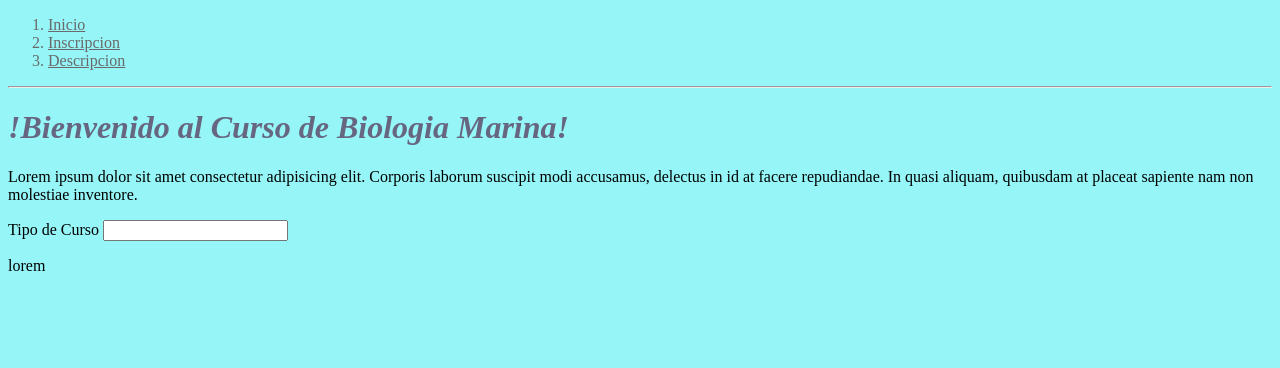
Repository: Arito05/Mi-primer-Repositorio
Page: nuevo/inicio.html
An editor plug-in stored every save of this project. The page is shown before and after a run of saves, followed by the edit.
The browser window is 1280 px wide. The pictures show the whole page.

Above is the page before, as saved 2024-07-20 11:41:17.

### nuevo/inicio.html
<!DOCTYPE html>
<html lang="en">
  <head>
    <meta charset="UTF-8" />
    <meta name="viewport" content="width=device-width, initial-scale=1.0" />
    <title>Arianna</title>
    <style>
      body {
        background-color: rgb(150, 245, 247);
      }
    </style>
  </head>
  <body>
    <ol style="color: dimgrey">
      <li><a href="inicio.html" style="color: dimgrey">Inicio</a></li>
      <li><a href="inscripcion.html" style="color: dimgrey">Inscripcion</a></li>
      <li>
        <a href="zdescripcion.html" style="color: dimgrey">Descripcion</a>
      </li>
    </ol>
    <hr style="color: white" />

    <h1 style="color: rgb(102, 102, 129)">
      <i>!Bienvenido al Curso de Biologia Marina!</i>
    </h1>
    <p>
      Lorem ipsum dolor sit amet consectetur adipisicing elit. Corporis laborum
      suscipit modi accusamus, delectus in id at facere repudiandae. In quasi
      aliquam, quibusdam at placeat sapiente nam non molestiae inventore.
    </p>
    <label for="cursos">Tipo de Curso</label>
    <input list="cursos" />
    <datalist id="cursos">
      <option>Basico</option>
      <option>Medio</option>
      <option>Avanzado</option>
    </datalist>
    <p>lorem</p>
  </body>
</html>

After the next 3 saves:
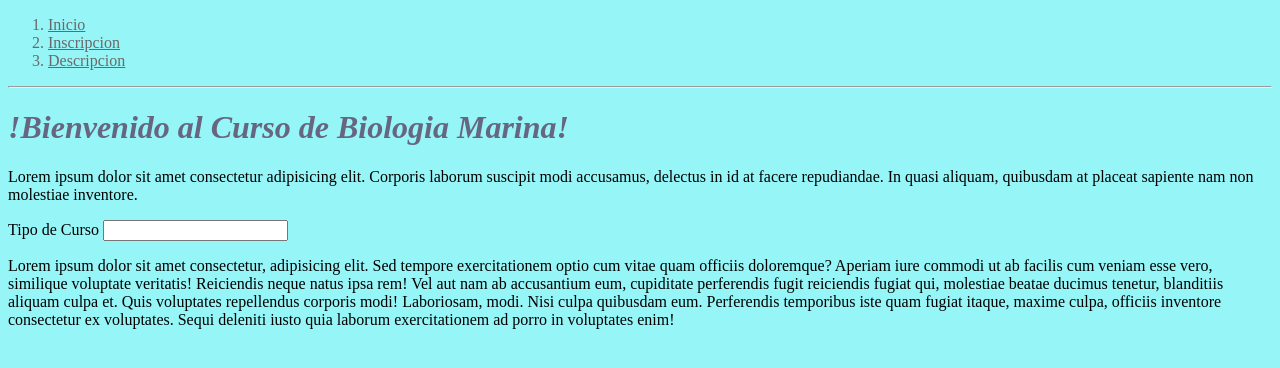
The 3 saves are shown as one change because they came seconds apart.
The last was saved 9 s later.
--- a/nuevo/inicio.html
+++ b/nuevo/inicio.html
@@ -35,6 +35,17 @@
       <option>Medio</option>
       <option>Avanzado</option>
     </datalist>
-    <p>lorem</p>
+    <p>
+      Lorem ipsum dolor sit amet consectetur, adipisicing elit. Sed tempore
+      exercitationem optio cum vitae quam officiis doloremque? Aperiam iure
+      commodi ut ab facilis cum veniam esse vero, similique voluptate veritatis!
+      Reiciendis neque natus ipsa rem! Vel aut nam ab accusantium eum,
+      cupiditate perferendis fugit reiciendis fugiat qui, molestiae beatae
+      ducimus tenetur, blanditiis aliquam culpa et. Quis voluptates repellendus
+      corporis modi! Laboriosam, modi. Nisi culpa quibusdam eum. Perferendis
+      temporibus iste quam fugiat itaque, maxime culpa, officiis inventore
+      consectetur ex voluptates. Sequi deleniti iusto quia laborum
+      exercitationem ad porro in voluptates enim!
+    </p>
   </body>
 </html>
